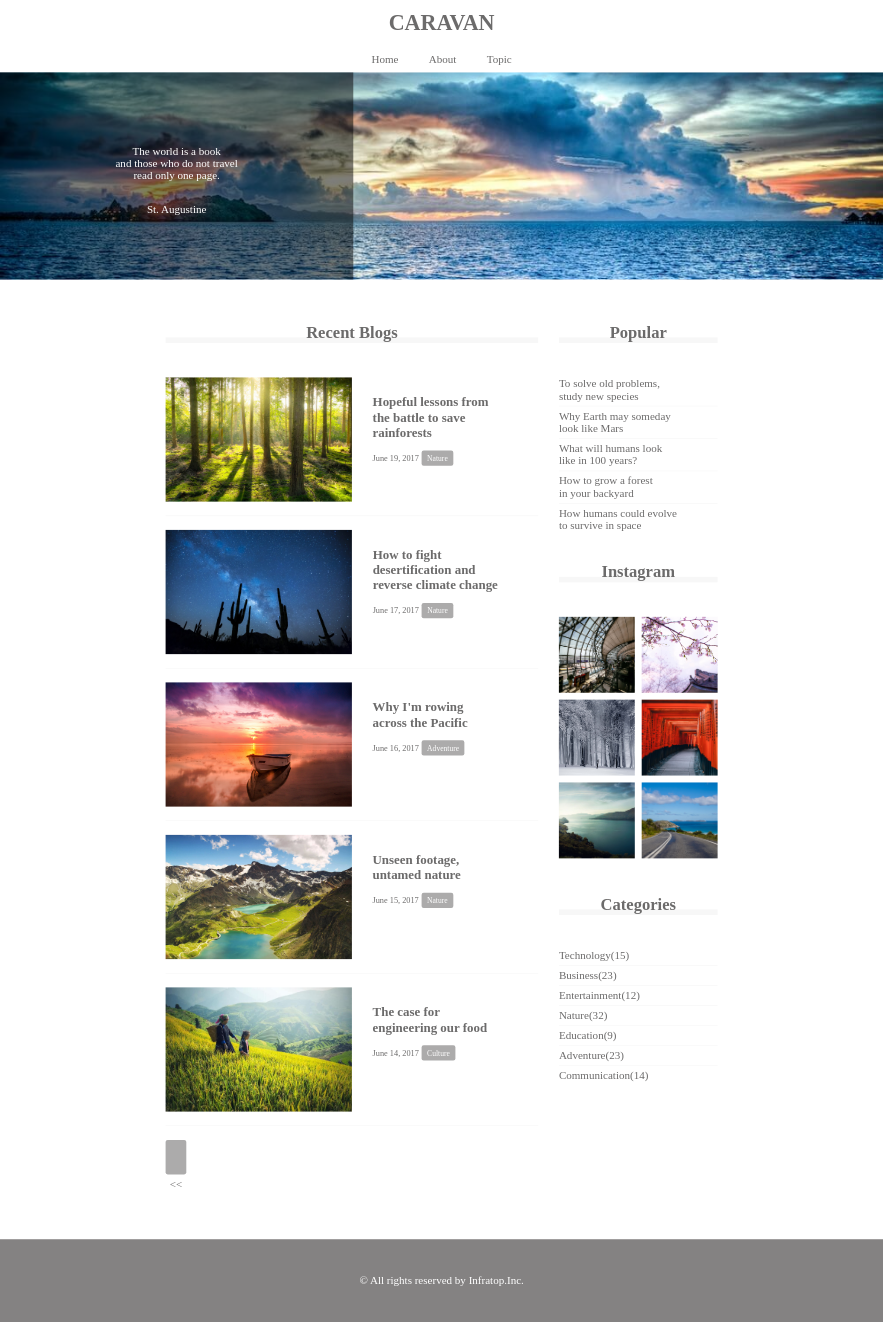
Repository: Akito33/html-css
Page: caravan/index.html
The author's editor kept a record of every edit. The page is drawn from the files as they stood at one moment, then again after the next edit.
The browser window is 1280 px wide. The pictures show the whole page, at 69% of full size.

Above is the page before.

### caravan/index.html
<!DOCTYPE html>
<html lang="ja">
  <head>
    <meta charset="UTF-8" />
    <!-- CSSファイルの読み込み -->
    <link rel="stylesheet" href="style.css" />
    <title>CARAVAN</title>
  </head>

  <body>
    <!-- header -->
    <header>
      <h1 class="heading">
        <a href="index.html">
          CARAVAN
        </a>
      </h1>
    </header>

    <!-- navigation -->
    <nav>
      <ul class="nav-list">
        <li class="nav-list-item">
          <a href="index.html">Home</a>
        </li>
        <li class="nav-list-item">About</li>
        <li class="nav-list-item">Topic</li>
      </ul>
    </nav>

    <!-- main-visual用のdiv -->
    <div class="main-visual">
      <div class="main-visual-content">
        <p class="main-visual-text">
          The world is a book<br />
          and those who do not travel<br />
          read only one page.
        </p>
        <p class="main-visual-name">
          St. Augustine
        </p>
      </div>
    </div>

    <!-- main用のdiv -->
    <main>
      <section class="blog">
        <h2 class="blog-heading">Recent Blogs</h2>
        <div class="blog-box">
          <div class="blog-item">
            <img class="blog-image" src="img/forest.jpg" />
            <section class="blog-text">
              <h3 class="blog-text-heading">
                <a href="single.html">
                  Hopeful lessons from<br />
                  the battle to save<br />
                  rainforests
                </a>
              </h3>
              <p class="blog-date">June 19, 2017</p>
              <span class="category">Nature</span>
            </section>
          </div>
          <div class="blog-item">
            <img class="blog-image" src="img/desert.jpg" />
            <section class="blog-text">
              <h3 class="blog-text-heading">
                <a href="single.html">
                  How to fight<br />
                  desertification and<br />
                  reverse climate change
                </a>
              </h3>
              <p class="blog-date">June 17, 2017</p>
              <span class="category">Nature</span>
            </section>
          </div>
          <div class="blog-item">
            <img class="blog-image" src="img/sunset.jpg" />
            <section class="blog-text">
              <h3 class="blog-text-heading">
                <a href="single.html">
                  Why I'm rowing<br />
                  across the Pacific
                </a>
              </h3>
              <p class="blog-date">June 16, 2017</p>
              <span class="category">Adventure</span>
            </section>
          </div>
          <div class="blog-item">
            <img class="blog-image" src="img/italy.jpg" />
            <section class="blog-text">
              <h3 class="blog-text-heading">
                <a href="single.html">
                  Unseen footage,<br />
                  untamed nature
                </a>
              </h3>
              <p class="blog-date">June 15, 2017</p>
              <span class="category">Nature</span>
            </section>
          </div>
          <div class="blog-item">
            <img class="blog-image" src="img/asia.jpg" />
            <section class="blog-text">
              <h3 class="blog-text-heading">
                <a href="single.html">
                  The case for<br />
                  engineering our food
                </a>
              </h3>
              <p class="blog-date">June 14, 2017</p>
              <span class="category">Culture</span>
            </section>
          </div>
        </div>
        <div class="pagination">
            <p><<</p>






        </div>








      </section>

      <div class="sidebar">
        <section class="popular">
          <h2 class="popular-heading common-heading">Popular</h2>
          <div class="sidebar-contents">
            <p class="popular-text">To solve old problems,<br>study new species</p>
            <p class="popular-text">Why Earth may someday<br>look like Mars</p>
            <p class="popular-text">What will humans look<br>like in 100 years?</p>
            <p class="popular-text">How to grow a forest<br>in your backyard</p>
            <p class="popular-text">How humans could evolve<br>to survive in space</p>
          </div>
        </section>
        <section class="instagram">
          <h2 class="instagram-heading common-heading">Instagram</h2>
          <div class="sidebar-contents">
            <div class="instagram-box"></div>
            <div class="instagram-box"></div>
            <div class="instagram-box"></div>
            <div class="instagram-box"></div>
            <div class="instagram-box"></div>
            <div class="instagram-box"></div>
          </div>
        </section>
        <section class="categories">
          <h2 class="categories-heading common-heading">Categories</h2>
          <div class="sidebar-contents">
            <p class="categories-text">Technology(15)</p>
            <p class="categories-text">Business(23)</p>
            <p class="categories-text">Entertainment(12)</p>
            <p class="categories-text">Nature(32)</p>
            <p class="categories-text">Education(9)</p>
            <p class="categories-text">Adventure(23)</p>
            <p class="categories-text">Communication(14)</p>
          </div>
        </section>
      </div>    </main>

    <!-- footer -->
    <footer>
      <p class="footer-text">© All rights reserved by Infratop.Inc.</p>
    </footer>
  </body>
</html>

### caravan/style.css
/* ブラウザがそれぞれ持っているCSSをリセットするための記述 */
* {
  margin: 0;
  padding: 0;
  box-sizing: border-box;
  color: #6c6b6b;
}

a {
  text-decoration: none;
}

header {
  width: 90%; /* 横幅90% */
  padding: 15px 0;
  margin: 0 auto;
  text-align: center;
}

header .heading {
  /* headerタグ内のheadingクラスにのみ反映される */
  font-size: 32px;
}

.nav-list {
  text-align: center;
  padding: 10px 0;
  margin: 0 auto;
}

.nav-list-item {
  list-style: none;
  display: inline-block;
  margin: 0 20px;
}

.main-visual {
  width: 100%; /* 横幅いっぱい */
  height: 300px; /* 高さ300px */
  background-image: url(img/mv.jpg);
  background-size: cover; /* 縦横比を維持したまま背景領域を埋め尽くす */
  background-position: center; /* 背景画像を中央に配置 */
}

.main-visual-content {
  width: 40%; /* 横幅40% */
  height: 300px; /* 親の高さに揃える */
  background-color: rgba(0, 0, 0, 0.5); /* 背景色を半透明の黒にする */
  text-align: center; /* 文字を中央揃えにする */
  padding-top: 105px; /* 上側の内側余白で垂直方向の位置を調整 */
}

.main-visual-text {
  color: #fff; /* 文字色を白に変更 */
}

.main-visual-name {
  margin-top: 30px; /* 上側の外側の余白 */
  color: #fff; /* 文字色を白に変更 */
}

main {
  width: 800px; /* 横幅800px */
  display: flex; /* Flexboxの利用 */
  justify-content: center; /* 要素の横並び・中央寄せ */
  margin: 0 auto; /* 要素の中央揃え */
  padding: 70px 0; /* 上下に70px、左右に0pxの内側余白 */
}

.blog {
  width: 540px;
  margin-right: 30px; /* 領域の右側余白 */
}

.blog-heading {
  border-bottom: 8px solid #f7f7f7;
  text-align: center;
  line-height: 0.6;
}

.blog-box {
  padding-top: 50px;
}

.blog-item {
  padding-bottom: 20px;
  margin-bottom: 20px;
  border-bottom: 1px solid #f7f7f7;
  display: flex;
  justify-content: flex-start;
}

.blog-image {
  height: 180px;
}

.blog-text {
  padding: 25px 0 0 30px;
}

.blog-text-heading {
  padding-bottom: 15px;
}

.blog-date {
  font-size: 12px;
  display: inline-block;
}

.category {
  display: inline-block;
  padding: 5px 8px;
  background-color: #acabab;
  border-radius: 3px;
  color: #fff;
  font-size: 11px;
}

.pagination{
  text-align:center;
  padding-top:50px;
}

.pagination{
  display: inline-block;
  width: 30px;
  height: 30px;
  margin-bottom: 0 5px;
  color: #fff;
  background-color: #acabab;
  border-radius: 3px;
  line-height: 30px;


}
.sidebar {
  width: 230px;
}

.common-heading {
  border-bottom: 8px solid #f7f7f7;
  text-align: center;
  line-height: 0.6;
}

.sidebar-contents {
  padding: 50px 0;
}

.popular-text,
.categories-text {
  padding-bottom: 5px;
  border-bottom: 1px solid #f7f7f7;
  margin-bottom: 5px;
}

.popular-text:last-child,
.categories-text:last-child {
  margin: 0;
  padding: 0;
  border: none;
}

.instagram .sidebar-contents {
  display: flex;
  flex-wrap: wrap;
}

.instagram-box {
  width: 110px;
  padding-top: 110px;
  background-size: cover;
  background-position: center;
  margin-bottom: 10px;
}

.instagram-box:nth-child(odd) {
  margin: 0 10px 10px 0;
}

.instagram-box:nth-child(1) {
  background-image: url(img/airport.jpg);
}

.instagram-box:nth-child(2) {
  background-image: url(img/japan.jpg);
}

.instagram-box:nth-child(3) {
  background-image: url(img/snow.jpg);
}

.instagram-box:nth-child(4) {
  background-image: url(img/japan2.jpg);
}

.instagram-box:nth-child(5) {
  background-image: url(img/lake.jpg);
}

.instagram-box:nth-child(6) {
  background-image: url(img/road.jpg);
}
footer {
  width: 100%;
  height: 120px;
  text-align: center;
  line-height: 120px;
  background-color: #848282;
}

.footer-text {
  color: #fff;
}

After the next edit:
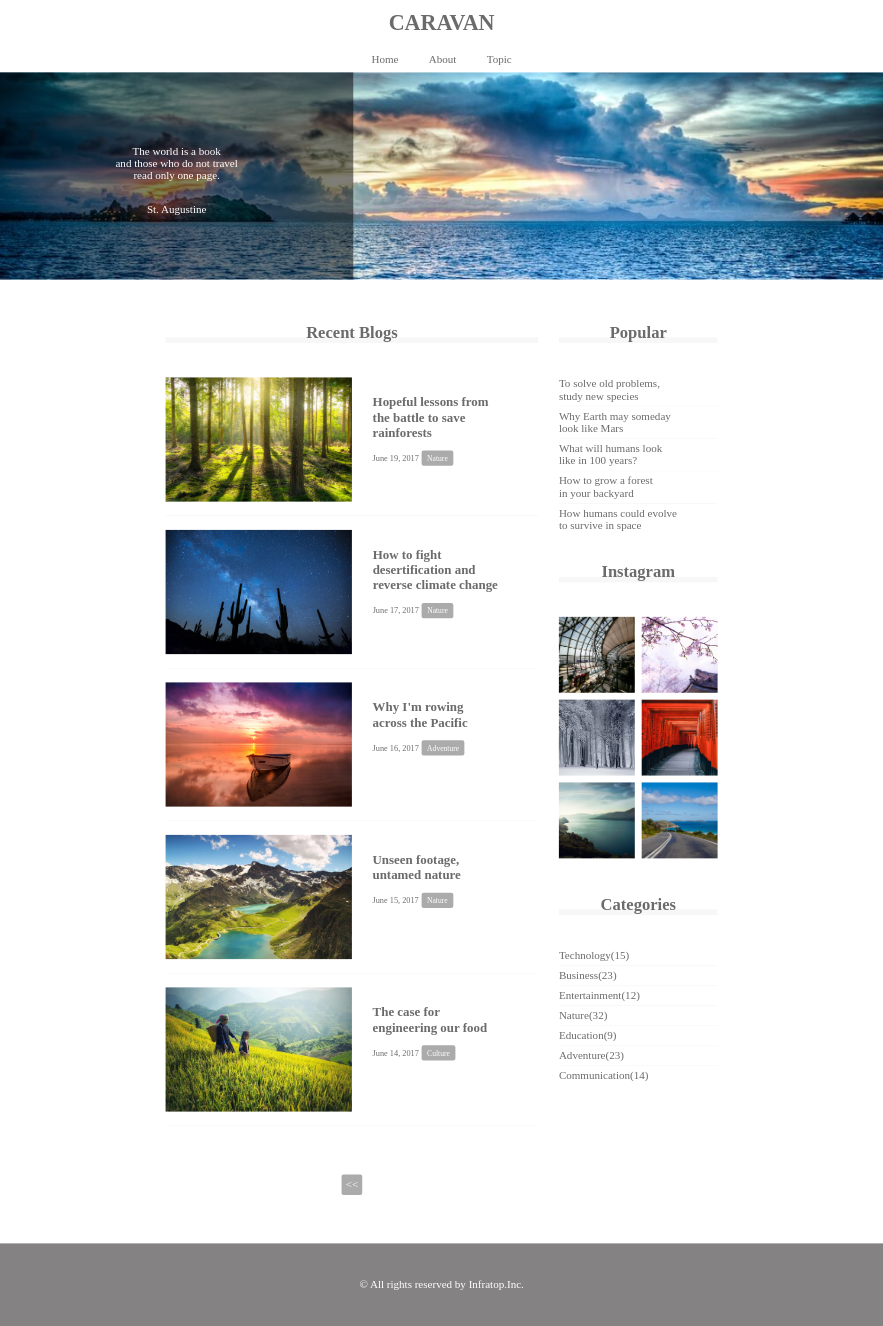
The edit:
--- a/caravan/style.css
+++ b/caravan/style.css
@@ -121,7 +121,7 @@
   padding-top:50px;
 }
 
-.pagination{
+.pagination p{
   display: inline-block;
   width: 30px;
   height: 30px;
